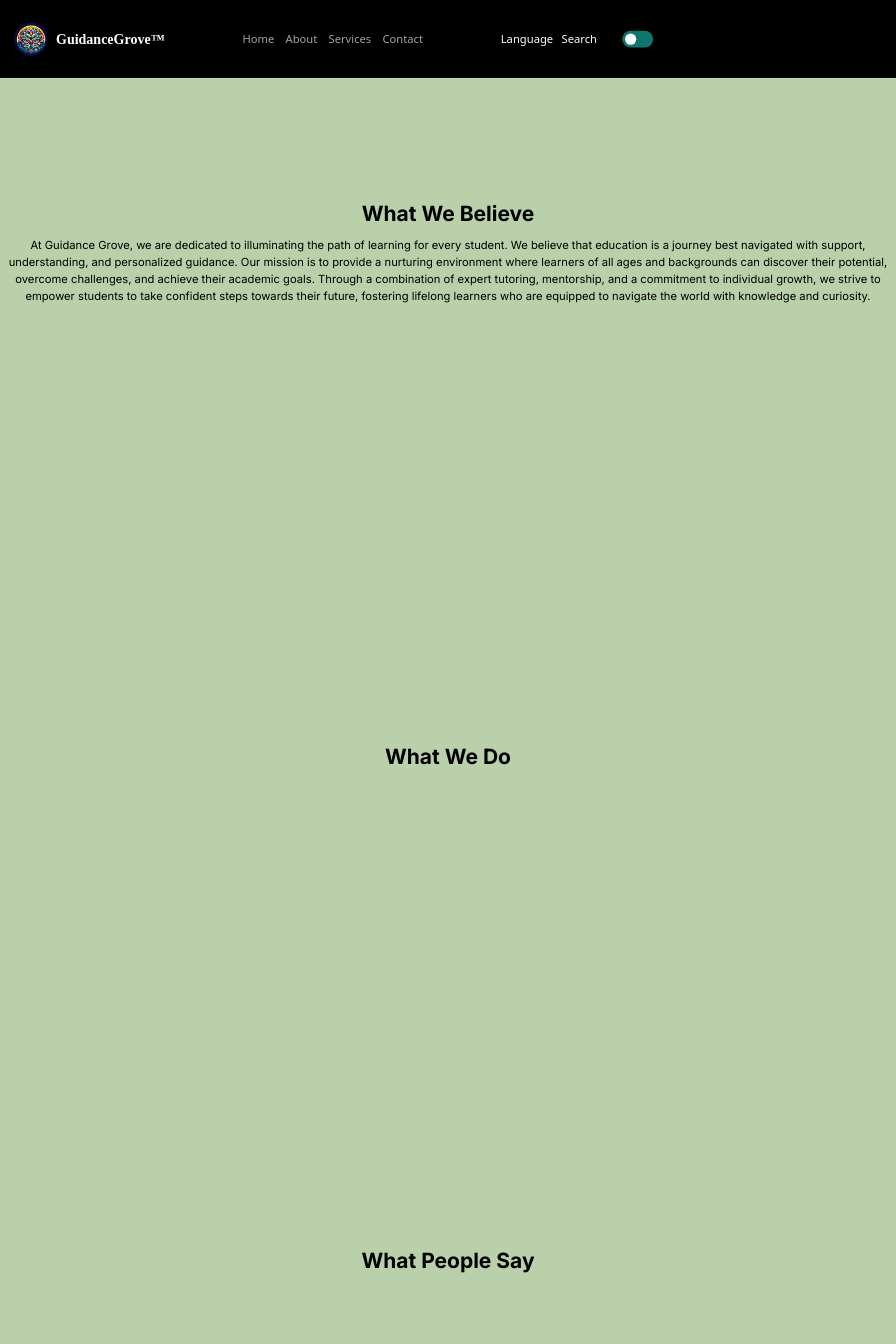
Repository: PositiveGuy/GuidanceGrove
Page: /
An editor plug-in stored every save of this project. The page is shown before and after the next save, followed by the edit.
The browser window is 1280 px wide. The pictures show the part of the page from y = 0 to 1920 px (the page is 3874 px tall), at 70% of full size.
The project was rebuilt for these pictures with package versions that can differ from the ones it lists, and the page was loaded fresh each time. The framework's server and built-in components were replaced by stand-ins that run in the browser. Also part of the build but not shown: next.config.js.

Above is the page before, as saved 2023-12-28 12:18:01.

### src/app/layout.tsx
import React from 'react';
import Header from '../components/header';
import Footer from '../components/footer';
import { Inter } from 'next/font/google';
import './globals.css';
import { ThemeContextProvider } from '@/context/ThemeContext';
import ThemeProvider from '@/providers/ThemeProvider';
import ThemeWrapper from '@/components/ThemeWrapper';

//font
const inter = Inter({ subsets: ['latin'] });



//header and footer layout
const RootLayout = ({ children }: { children: React.ReactNode }) => {
  return (
    <html lang='en'>
      <body>
        <ThemeContextProvider>
          <ThemeProvider>
            <Header />
            <ThemeWrapper>
              <main className={inter.className}>{children}</main>
            </ThemeWrapper>
            <Footer />
          </ThemeProvider>
        </ThemeContextProvider>
      </body>
    </html>
  );
};

export default RootLayout;

### src/app/page.tsx
import React from 'react';
//components import
import BelieveSection from '../components/BelieveSection';
import ServicesSection from '../components/ServicesSection';
import TestimonialsSection from '../components/TestimonialsSection';
import CallToActionSection from '../components/CallToActionSection';
import ContactSection from '../components/ContactSection';


//page layout
const Page = () => {
  return (
    <>
      <BelieveSection />
      <ServicesSection />
      <TestimonialsSection />
      <CallToActionSection />
      <ContactSection />
    </>
  );
};

export default Page;

### src/components/header.tsx
"use client"
import MobileNavigation from "./MobileNavigation";
import ThemeToggle from "./ThemeToggle";


const Header = () => {
  return (
    <nav className="fixed z-50 w-full flex justify-between items-center p-5 bg-black">
      {/* Left Side: Logo and GuidanceGrove™ */}
      <div className="flex items-center space-x-3">
        <img src="/Logo/guidance-grove-logo.png" alt="Guidance Grove Logo" className="h-12 w-12 rounded-full" />
        <div className="text-xl font-caveat font-bold text-white">
          GuidanceGrove™
        </div>
      </div>

      {/* Center: Navigation Links */}
      <div>
        <ul className="flex space-x-4">
          <li><a href="/" className="text-neutral-400 hover:text-white">Home</a></li>
          <li><a href="/about" className="text-neutral-400 hover:text-white">About</a></li>
          <li><a href="/services" className="text-neutral-400 hover:text-white">Services</a></li>
          <li><a href="/contact" className="text-neutral-400 hover:text-white">Contact</a></li>
        </ul>
      </div>

      {/* Right Side: Placeholders for Language, Search, and Dark Mode Toggle */}
      <div className="flex items-center space-x-3">
        <div className="text-white">Language</div>
        <div className="text-white">Search</div>
        <ThemeToggle />
      </div>

      {/*Mobile Navbar*/}
      <div className="w-48">
        <MobileNavigation />
      </div>
    </nav>
  );
};

export default Header;

### src/components/footer.tsx
import Image from "next/image";

const Footer = () => {
  return (
    <footer className="p-5 bg-black shadow-inner text-center">
      <div className="flex justify-center space-x-8 mt-10">
        {/* Placeholder for social icons */}
        <Image src={"/SVGs/ig.svg"} width={50} height={50} alt="ig"></Image>
        <Image src={"/SVGs/fb.svg"} width={50} height={50} alt="fb"></Image>
        <Image src={"/SVGs/tw.svg"} width={50} height={50} alt="tw"></Image>
        <Image src={"/SVGs/wa.svg"} width={50} height={50} alt="wa"></Image>
        <Image src={"/SVGs/yt.svg"} width={50} height={50} alt="in"></Image>
      </div>

      <div className="flex justify-center space-x-1 mb-10 text-teal-50">
        <div className="mt-20">
          ©2023; designed with love and care by
        </div>
        <div className="mt-20 font-caveat">
          GuidanceGrove™
        </div>
      </div>
    </footer>
  );
};
//make GuidanceGrove in font Caveat
export default Footer;

### src/app/globals.css
@tailwind base;
@tailwind components;
@tailwind utilities;

:root {
  --foreground-rgb: 0, 0, 0;
  --background-start-rgb: 214, 219, 220;
  --background-end-rgb: 255, 255, 255;
}

@media (prefers-color-scheme: dark) {
  :root {
    --foreground-rgb: 255, 255, 255;
    --background-start-rgb: 0, 0, 0;
    --background-end-rgb: 0, 0, 0;
  }
}

body {
  color: rgb(var(--foreground-rgb));
  background: linear-gradient(
      to bottom,
      transparent,
      rgb(var(--background-end-rgb))
    )
    rgb(var(--background-start-rgb));
}

.custom-shadow {
    box-shadow: 0 2px 4px rgba(0, 0, 0, 0.2);
}

### src/context/ThemeContext.tsx
"use client"
import { createContext, useState, ReactNode, useEffect } from "react"

interface ChildrenProps {
    children: ReactNode
}

interface ThemeContextType {
    theme: string
    toggle: () => void
}

// This component is responsible to registering and remembering what theme was chosen by the user
// we use local storage for that
export const ThemeContext = createContext<ThemeContextType>({
    theme: "light",
    toggle: () => { },
})

function getFromLocalStorage() {
    if (typeof window === "undefined") {
        return "light";
    }
    const storedTheme = localStorage.getItem("theme");
    console.log("Initial theme from localStorage:", storedTheme); // Debug log
    return storedTheme || "light";
}


export const ThemeContextProvider = ({ children }: ChildrenProps) => {
    const [theme, setTheme] = useState<string>(getFromLocalStorage)

    // since next.js uses server side rendering, we must specify if the transition to client is completed
    const toggle = () => {
        setTheme(prevTheme => prevTheme === "light" ? "dark" : "light");
    };



    useEffect(() => {
        console.log("Updating theme in localStorage to:", theme); // Debug log
        localStorage.setItem("theme", theme);
    }, [theme]);



    return <ThemeContext.Provider value={{ theme, toggle }}>{children}</ThemeContext.Provider>
}

### src/providers/ThemeProvider.tsx
"use client"

import { ThemeContext } from "@/context/ThemeContext"
import { useState, useEffect, useContext, ReactNode } from "react"


interface ChildrenProps {
    children: ReactNode
}

// this component is created to keep the layout/page as server side rendered.
// useContext() requires you to have "use client"

export default function ThemeProvider({ children }: ChildrenProps) {
    const { theme } = useContext(ThemeContext)
    const [mounted, setMounted] = useState(false)

    useEffect(() => {
        setMounted(true)
    }, [])

    if (mounted) {
        return <div className={theme}>{children}</div>
    }
    return <div className={theme}>{children}</div>
}

### src/components/ThemeWrapper.tsx
"use client"
import React, { useContext } from 'react';
import { ThemeContext } from '@/context/ThemeContext';

const ThemeWrapper = ({ children }: { children: React.ReactNode }) => {
    const { theme } = useContext(ThemeContext);

    return (
        <div className={`${theme === "light" ? " bg-sage text-black" : "bg-gray-700 text-slate-400"}`}>
            {children}
        </div>
    );
};

export default ThemeWrapper;

### src/components/BelieveSection.tsx
"use client"
import { ThemeContext } from "@/context/ThemeContext";
import { useContext } from "react";

const BelieveSection = () => {
  const { theme } = useContext(ThemeContext)
  return (
    <div id="believe" className={`h-screen flex items-center justify-center`}>
      <div className="text-center">
        <h2 className="text-3xl font-bold">What We Believe</h2>
        <p className="mt-4">At Guidance Grove, we are dedicated to illuminating the path of learning for every student.
          We believe that education is a journey best navigated with support, understanding, and personalized guidance.
          Our mission is to provide a nurturing environment where learners of all ages and backgrounds
          can discover their potential, overcome challenges, and achieve their academic goals.
          Through a combination of expert tutoring, mentorship, and a commitment to individual growth,
          we strive to empower students to take confident steps towards their future,
          fostering lifelong learners who are equipped to navigate the world with knowledge and curiosity.</p>
      </div>
    </div>
  );
};

export default BelieveSection;

### src/components/ServicesSection.tsx
"use client"
import { ThemeContext } from "@/context/ThemeContext";
import { useContext } from "react";

const ServicesSection = () => {
  const { theme } = useContext(ThemeContext)
  return (
    <div id="services" className={`h-screen flex items-center justify-center  `}>
      <div className="text-center">
        <h2 className="text-3xl font-bold">What We Do</h2>
        {/* Add service details here */}
      </div>
    </div>
  );
};

export default ServicesSection;

### src/components/TestimonialsSection.tsx
"use client"
import { ThemeContext } from "@/context/ThemeContext";
import { useContext } from "react";

const TestimonialsSection = () => {
  const { theme } = useContext(ThemeContext)
  return (
    <div id="testimonials" className={`h-screen flex items-center justify-center   `}>
      <div className="text-center">
        <h2 className="text-3xl font-bold">What People Say</h2>
        {/* Add testimonials here */}
      </div>
    </div>
  );
};

export default TestimonialsSection;

### src/components/CallToActionSection.tsx
"use client"
import { ThemeContext } from "@/context/ThemeContext";
import { useContext } from "react";

const CallToActionSection = () => {
  const { theme } = useContext(ThemeContext)
  return (
    <div id="cta" className={`h-screen flex items-center justify-center  `}>
      <div className="container mx-auto px-4 sm:px-6 lg:px-8">
        <div className="flex flex-wrap -mx-4 items-center">
          <div className="text-left lg:w-1/2 px-4 mb-4 lg:mb-0">
            <h2 className="text-5xl font-bold">Payments tool for software companies</h2>
            <p className="mt-2 text-lg">From checkout to global sales tax compliance, companies around the world use Flowbite to simplify their payment stack.</p>
            <button className="mt-4 bg-blue-500 text-white py-2 px-4 rounded hover:bg-blue-700">
              Get started ➤
            </button>
          </div>
          <div className="lg:w-1/2 px-4 flex justify-center lg:justify-end">
            <img src="DALLE/career.png" alt="Software Payment Tool" className="object-contain lg:object-cover h-80 w-full lg:w-auto rounded-lg shadow-lg" />
          </div>
        </div>
      </div>
    </div>
  );
};

export default CallToActionSection;

### src/components/ContactSection.tsx
"use client"
import { ThemeContext } from "@/context/ThemeContext";
import { useContext } from "react";

const ContactSection = () => {
  const { theme } = useContext(ThemeContext)
  return (
    <div id="contact" className={`h-screen flex items-center justify-center  `}>
      <div className="text-center">
        <h2 className="text-3xl font-bold">Contact Us</h2>
        {/* Add contact form or information here */}
      </div>
    </div>
  );
};

export default ContactSection;

### src/components/MobileNavigation.tsx
import { Menu } from '@headlessui/react'

export default function MobileNavigation() {
    return (
        <Menu>
            <Menu.Button>More</Menu.Button>
            <Menu.Items>
                <Menu.Item>
                    {({ active }) => (
                        <a
                            className={`${active && 'bg-blue-500'}`}
                            href="/account-settings"
                        >
                            Account settings
                        </a>
                    )}
                </Menu.Item>
                <Menu.Item>
                    {({ active }) => (
                        <a
                            className={`${active && 'bg-blue-500'}`}
                            href="/account-settings"
                        >
                            Documentation
                        </a>
                    )}
                </Menu.Item>
                <Menu.Item disabled>
                    <span className="opacity-75">Invite a friend (coming soon!)</span>
                </Menu.Item>
            </Menu.Items>
        </Menu>
    )
}

### src/components/ThemeToggle.tsx
"use client"
import { useContext } from 'react'
import { Switch } from '@headlessui/react'
import { ThemeContext } from '@/context/ThemeContext'

export default function Example() {
    const { toggle, theme } = useContext(ThemeContext)

    // Determine if the switch should be on or off based on the current theme
    const isDarkMode = theme === 'dark'

    return (
        <div className="flex items-center justify-center p-6"> {/* Adjusted for centering */}
            <Switch
                checked={isDarkMode}
                onChange={toggle} // Use the toggle function from context
                className={`${isDarkMode ? 'bg-teal-900' : 'bg-teal-700'}
                    relative inline-flex items-center h-6 rounded-full w-11 transition-colors focus:outline-none`}
            >
                <span className="sr-only">Toggle theme</span>
                <span
                    aria-hidden="true"
                    className={`${isDarkMode ? 'translate-x-6' : 'translate-x-1'}
                        inline-block w-4 h-4 transform bg-white rounded-full transition-transform`}
                />
            </Switch>
        </div>
    )
}

### tailwind.config.ts
import type { Config } from 'tailwindcss'

const config: Config = {
  content: [
    './src/pages/**/*.{js,ts,jsx,tsx,mdx}',
    './src/components/**/*.{js,ts,jsx,tsx,mdx}',
    './src/app/**/*.{js,ts,jsx,tsx,mdx}',
  ],
  theme: {
    extend: {
      backgroundImage: {
        'gradient-radial': 'radial-gradient(var(--tw-gradient-stops))',
        'gradient-conic':
          'conic-gradient(from 180deg at 50% 50%, var(--tw-gradient-stops))',

      },
      colors: {
        sage: '#B9D0AA',
      },

      fontFamily: {
        caveat: ['Caveat', 'cursive'],
      },

    },

  },
  plugins: [],
}
export default config

After the next save:
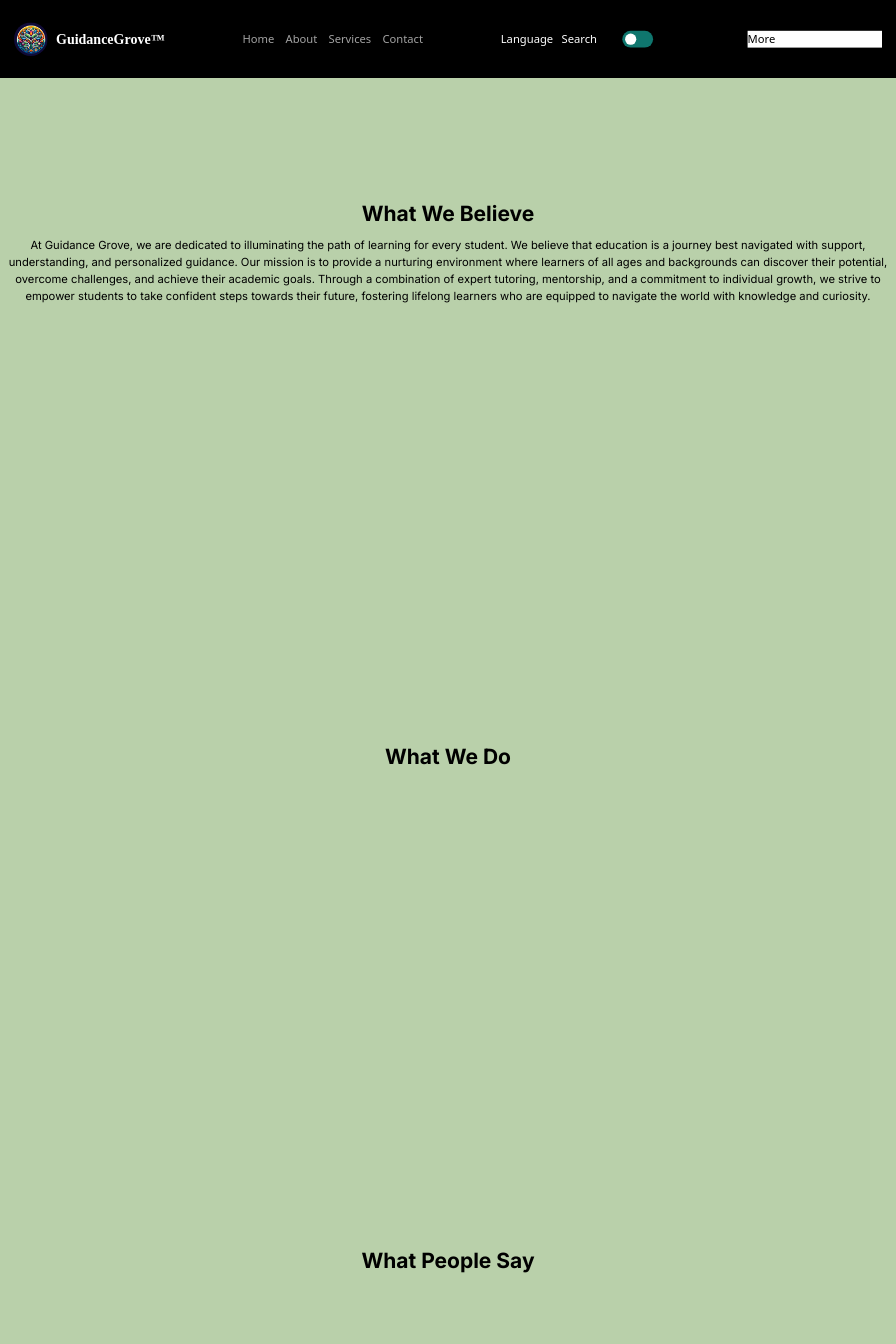
Saved 9 s later.
--- a/src/components/header.tsx
+++ b/src/components/header.tsx
@@ -32,7 +32,7 @@ const Header = () => {
       </div>
 
       {/*Mobile Navbar*/}
-      <div className="w-48">
+      <div className="bg-white w-48">
         <MobileNavigation />
       </div>
     </nav>
